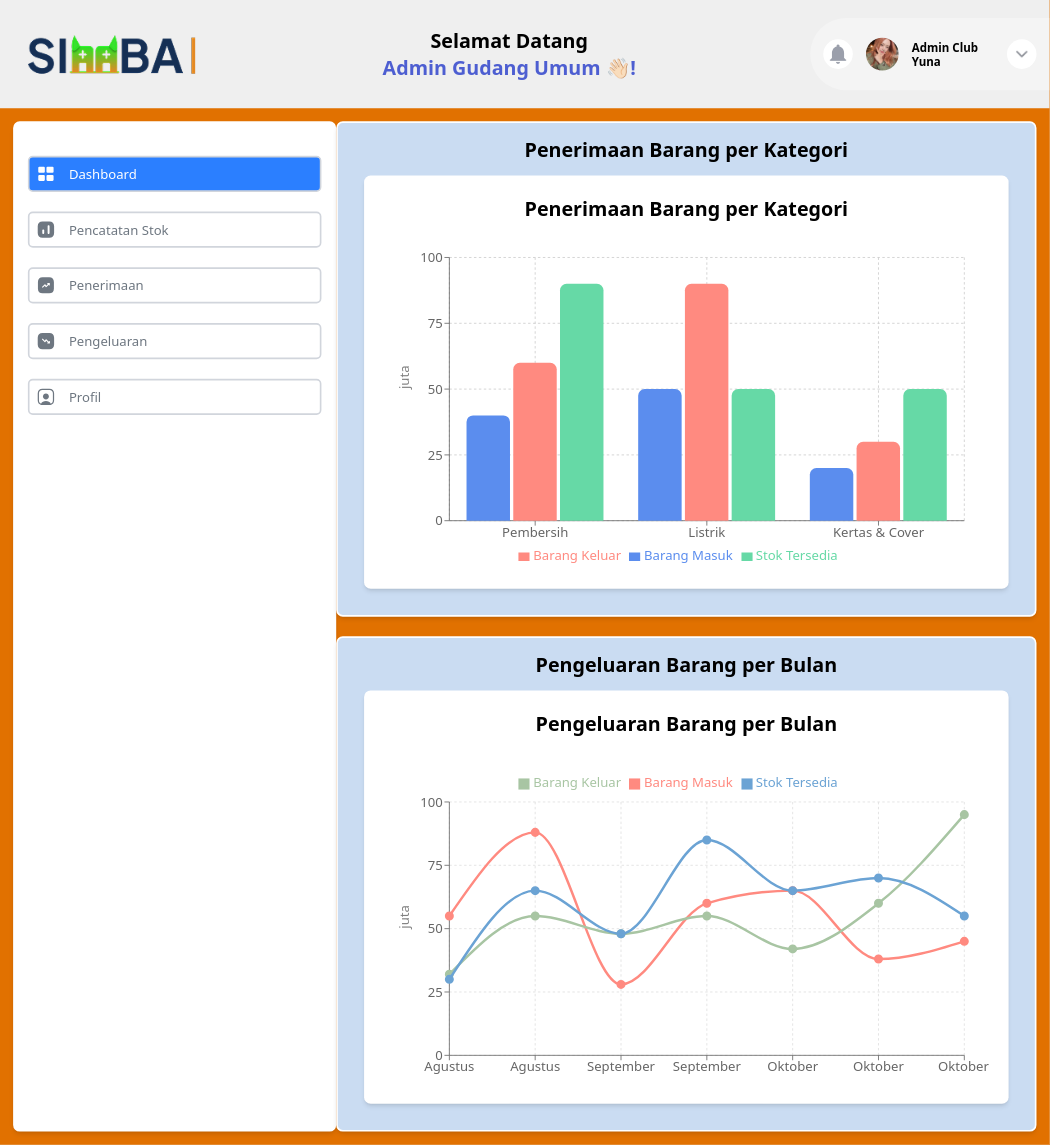
Repository: Gokerwow/inventory-fe
Page: /
These files come from the project's save history. The page is drawn as it stood at one moment and after the next save; the edit follows.
The browser window is 1280 px wide. The pictures show the whole page, at 82% of full size.
The project was rebuilt for these pictures with package versions that can differ from the ones it lists, and the page was loaded fresh each time. Also part of the build but not shown: vite.config.ts, src/pages/stokBarang.tsx, src/pages/penerimaan.tsx, src/pages/pengeluaran.tsx, src/pages/profil.tsx.

Above is the page before, as saved 2025-10-15 15:50:28.

After the next save:
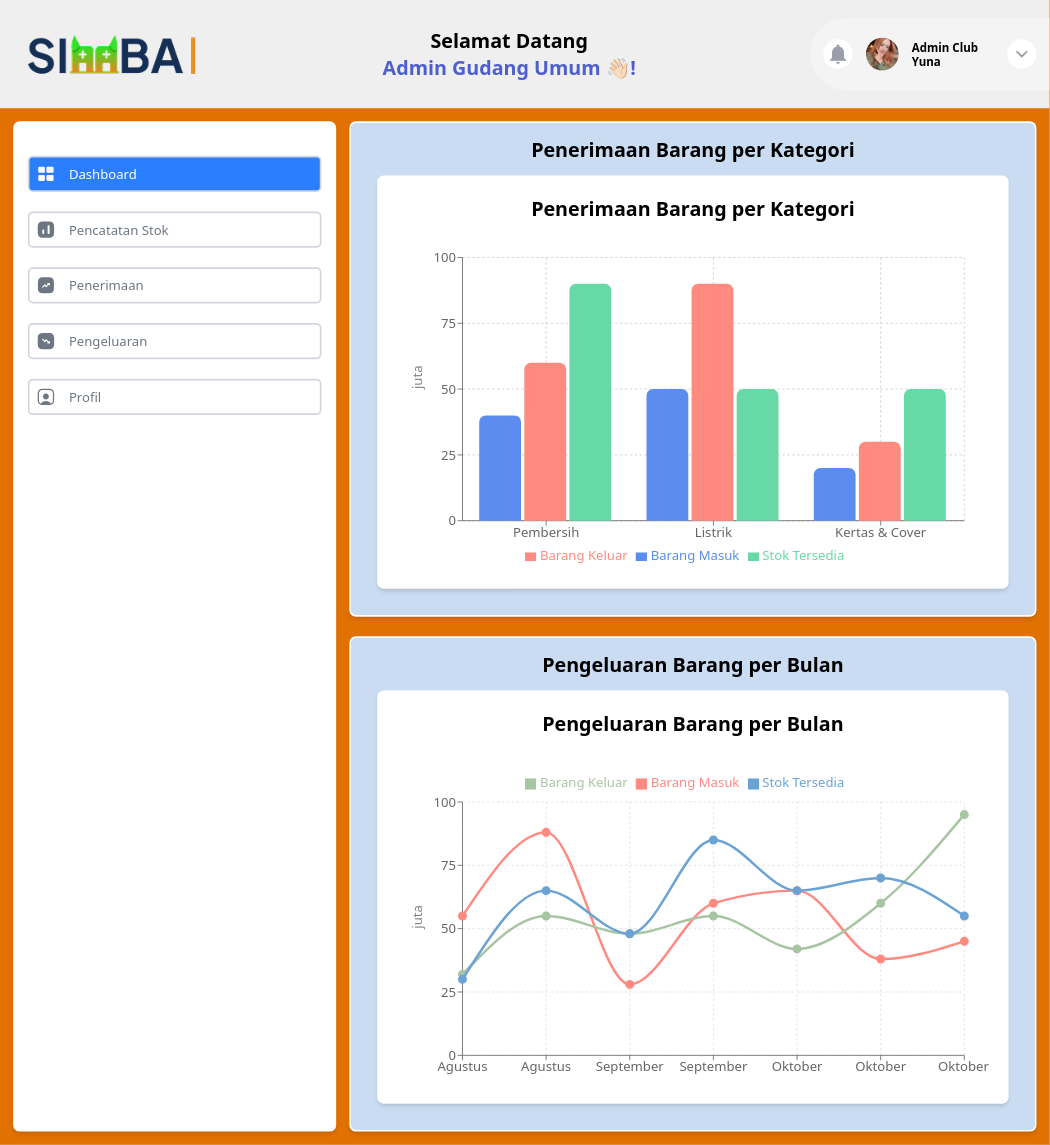
Saved 34 s later.
--- a/src/components/layout.tsx
+++ b/src/components/layout.tsx
@@ -7,7 +7,7 @@ function Layout() {
     return (
         <div className="flex flex-col h-screen">
             <TopBar />
-            <div className='flex bg-amber-600 p-4'>
+            <div className='flex bg-amber-600 p-4 gap-4'>
                 <SideBar />
                 <div className='flex-1'>
                     <Outlet />
